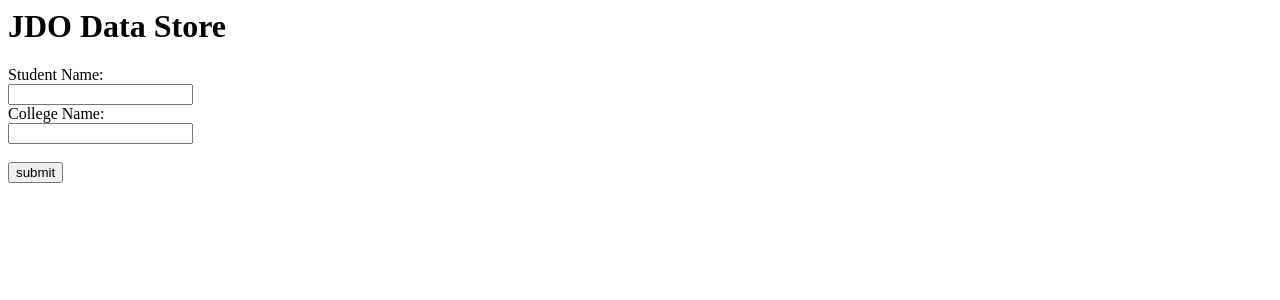
Repository: TharanyaM/Adaptavant--project
Page: Jdo/war/index.html
These files come from the project's save history. The page is drawn as it stood at one moment and after the next save; the edit follows.
The browser window is 1280 px wide. The pictures show the whole page.

Above is the page before, as saved 2015-10-14 09:33:24.

After the next save:
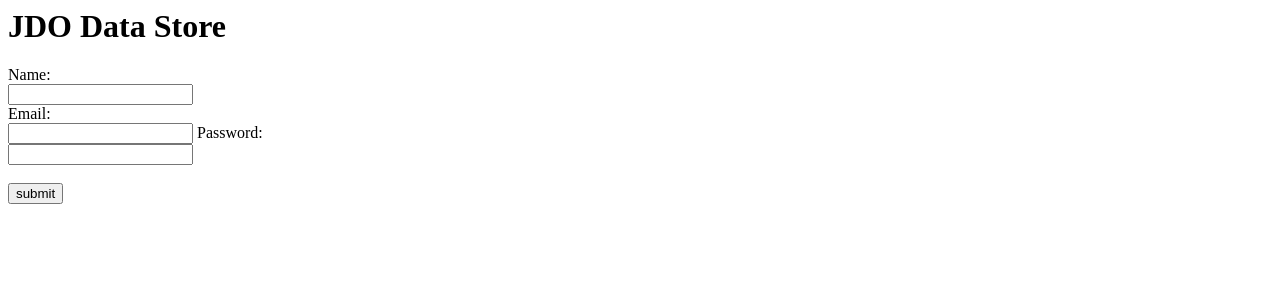
Saved 3 min 35 s later.
--- a/Jdo/war/index.html
+++ b/Jdo/war/index.html
@@ -16,11 +16,13 @@
     <h1>JDO Data Store</h1>
 
     <form action="/StuDetails" method="get">
-  Student Name:<br>
-  <input type="text" name="studentname">
+  Name:<br>
+  <input type="text" name="Name">
   <br>
-  College Name:<br>
-  <input type="text" name="collegename">
+  Email:<br>
+  <input type="text" name="Email">
+  Password:<br>
+  <input type="password" name="password">
   <br><br>
   <input type="submit" value="submit">
 </form>
